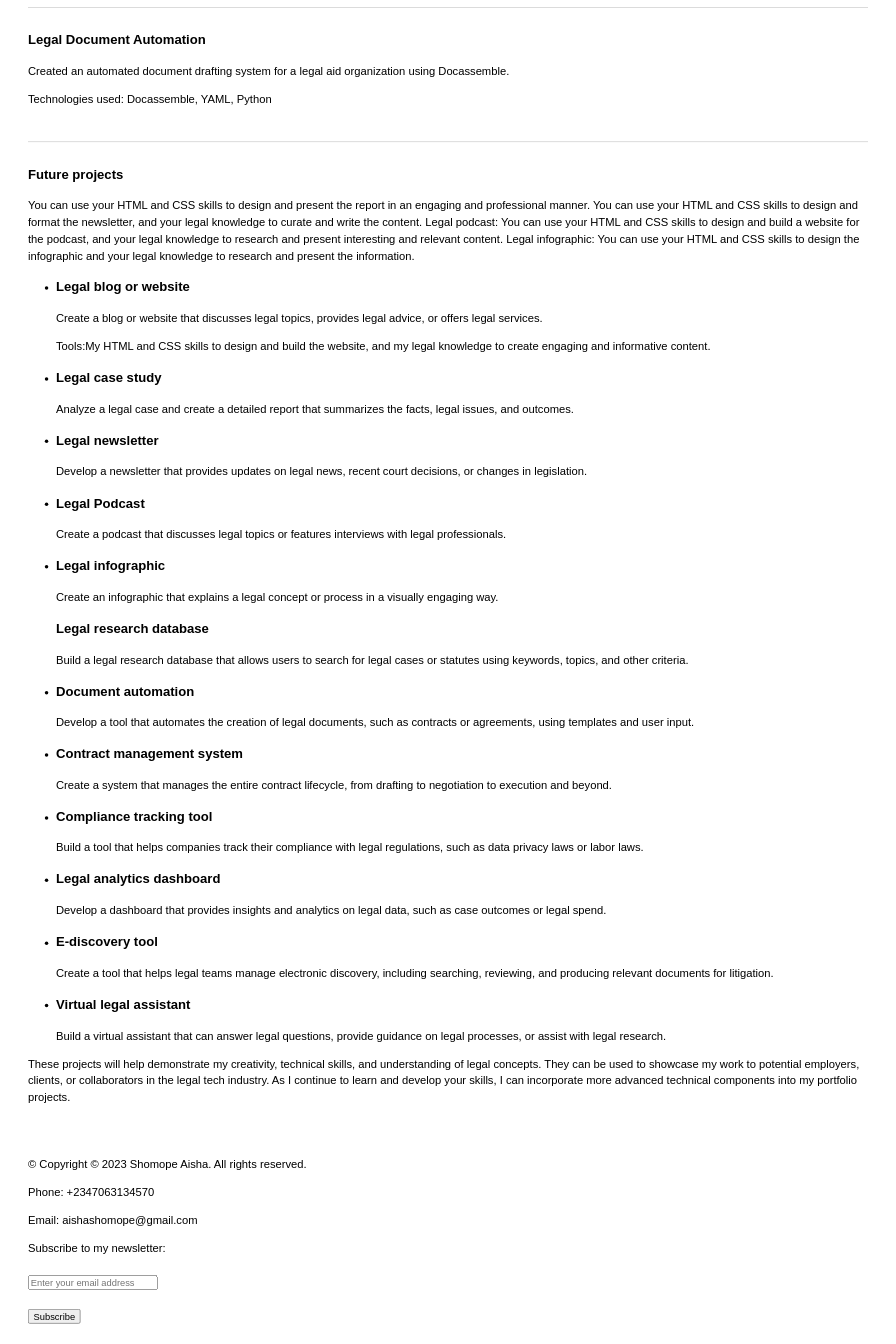
Repository: Iyewande/AishasPortfolio
Page: Index.html
The author's editor kept a copy of each file at every save. The page is drawn from the files as they stood at one save, then again after the next save.
The browser window is 1280 px wide. The pictures show the part of the page from y = 1710 to 3630 px (the page is 3630 px tall before and 3515 px after), at 70% of full size.
Some web libraries are served in a nearby version.

Above is the page before, as saved 2023-04-30 22:25:24.

### Index.html
<!DOCTYPE html>
<html lang="en">
    <head>
        <meta charset="UTF-8">
        <meta http-equiv="X-UA-Compatible" content="IE=edge">
        <meta name="viewport" content="width=device-width, initial-scale=1.0">
        <title>My Legal Tech Portfolio</title>
        <link rel="stylesheet" href="Style.css">
    </head>
    <body>
        <!-- This HTML code creates a simple portfolio website with three main sections: About Me, My Projects, and My Skills.
            The navigation menu allows visitors to easily navigate between the sections of the website. The CSS styling for
            this website is located in a separate style.css file. -->
        <header>
            <h1> Aisha Shomope's Legal Tech Portfolio </h1>
            <nav>
                <ul>
                    <li><a href="#about">About Me</a></li>
                    <li><a href="#skills">My Skills</a></li>
                    <li><a href="#projects">My Projects</a></li>
                    <li><a href="https://www.linkedin.com/in/shomope-aisha-ayobola/">LinkedIn</a></li>
                    <li><a href="https://twitter.com/ShomopeAisha">Twitter</a></li>
                  </ul>
            </nav>
        </header>
        <main>
            <section id="about">
                <div class="main-container"></div>
                <img src="E17CF07F-F5B1-4C94-9C3E-8D25C5FEC29B.jpg" alt="A picture of me" height="500" width="500">
                <h2>About Me</h2>
                <p>Hi there! I'm a legal tech newbie with a passion for using technology to improve legal processes. I'm excited to
                    showcase my work and skills on this portfolio website. But before that, let me give you a little background story about myself.</p>
                <article>
                    As a recent graduate of the University of Ilorin with a bachelor's degree in Common and Islamic law (combined law), I found myself drawn to the world of legal technology. I was fascinated by the potential of technology to solve problems in the legal profession, and I knew that this was where I wanted to focus my career.
                    However, I quickly realized that my knowledge of law alone was not enough to make an impact in legal tech. I needed to learn new skills, particularly in programming languages, in order to truly make a difference. I embarked on a self-study journey to learn programming languages, but I soon found that it was not enough. I needed a structured learning environment, with guidance and mentorship, to truly make progress.
                    That's when I discovered the TIIDELab Prefellowship 3.0 program. The program offered a comprehensive curriculum in tech, with a focus on legal tech, and provided the structure and guidance I needed to succeed. I knew that this was the perfect opportunity for me to transition into tech and achieve my goal of solving problems in the legal profession.
                    I joined the program with a sense of excitement and determination, eager to learn as much as I could. Over the course of the program, I successfully learned HTML and CSS, and I am now looking forward to diving into JavaScript. This milestone is a major achievement for me, and it has given me the confidence to pursue even more ambitious goals in the future.
                    I am thrilled to see what other things I get to accomplish in the future, thanks to the knowledge and skills I have gained through the TIIDELab Prefellowship 3.0 program. With a strong foundation in both law and tech, I am confident that I can make a meaningful impact in the legal tech industry and help drive innovation and progress in the years to come</article>
                <p>When I'm not tinkering with legal tech, I enjoy spending time with loved ones, reading, board games and trying new recipes.</p>
              </section>
              <section id="skills">
                <div class="main-container"></div>
                <h2>My Skills</h2>
                <ul>
                    <li>Legal knowledge</li>
                    <li>Technical Skills</li>
                    <li>Project Management</li>
                    <li>Problem-Solving</li>
                    <li>Communication</li>
                    <li>Continuous learning</li>
                    <li>Attention to detail</li>
                    <li>HTML</li>
                    <li>CSS</li>
                    <li>JavaScript</li>
                    <li>Python</li>
                </ul>
              </section>
              <section id="projects">
                <div class="main-container"></div>
                <h2>My Projects</h2>
                <ul>
                  <li>
                    <h3>Contract Management System</h3>
                    <p>Developed a custom contract management system for a law firm using Python and Django.</p>
                    <p>Technologies used: Python, Django, PostgreSQL</p>
                  </li>
                  <li>
                    <h3>Legal Document Automation</h3>
                    <p>Created an automated document drafting system for a legal aid organization using Docassemble.</p>
                    <p>Technologies used: Docassemble, YAML, Python</p>
                  </li>
                </ul>
              </section>
              <section>
                <h3>Future projects</h3>
                <!-- As a complete legal tech newbie with only legal knowledge, HTML, and CSS skills, you can still build a portfolio
                       that showcases your abilities and potential. Here are some project ideas: -->

 You can use your HTML and CSS skills to design and present the report in an engaging and professional manner.
 You can use your HTML and CSS skills to design and format the newsletter, and your legal knowledge to curate and write the content.
Legal podcast:  You can use your HTML and CSS skills to design and build a website for the podcast, and your legal knowledge to research and present interesting and relevant content.
Legal infographic:  You can use your HTML and CSS skills to design the infographic and your legal knowledge to research and present the information.

                <ul>
                    <li>
                        <h3>Legal blog or website</h3>
                        <p>Create a blog or website that discusses legal topics, provides legal advice, or offers legal services.</p>
                        <p>Tools:My HTML and CSS skills to design and build the website, and my legal knowledge to create
                            engaging and informative content.</p>
                    </li>
                    <li>
                        <h3>Legal case study</h3>
                        <p> Analyze a legal case and create a detailed report that summarizes the facts, legal issues, and outcomes.</p>
                    </li>
                    <li>
                        <h3>Legal newsletter</h3>
                        <p>Develop a newsletter that provides updates on legal news, recent court decisions, or changes in legislation.</p>
                    </li>
                    <li>
                        <h3>Legal Podcast </h3>
                        <p>Create a podcast that discusses legal topics or features interviews with legal professionals.</p>
                    </li>
                    <li>
                        <h3>Legal infographic</h3>
                        <p>Create an infographic that explains a legal concept or process in a visually engaging way.</p>
                    </li>
                    <h3>Legal research database</h3>
                    <p>Build a legal research database that allows users to search for legal cases or statutes using keywords, topics, and other criteria.</p>
                    </li>
                    <li>
                        <h3>Document automation</h3>
                        <p>Develop a tool that automates the creation of legal documents, such as contracts or agreements, using templates and user input.</p>
                    </li>
                    <li>
                        <h3>Contract management system</h3>
                        <p>Create a system that manages the entire contract lifecycle, from drafting to negotiation to execution and beyond.</p>
                    </li>
                    <li>
                        <h3>Compliance tracking tool</h3>
                        <p>Build a tool that helps companies track their compliance with legal regulations, such as data privacy laws or labor laws.</p>
                    </li>
                    <li>
                        <h3>Legal analytics dashboard</h3>
                        <p>Develop a dashboard that provides insights and analytics on legal data, such as case outcomes or legal spend.</p>
                    </li>
                    <li>
                        <h3>E-discovery tool</h3>
                        <p>Create a tool that helps legal teams manage electronic discovery, including searching, reviewing, and producing relevant documents for litigation.</p>
                    </li>
                    <li>
                        <h3>Virtual legal assistant</h3>
                        <p>Build a virtual assistant that can answer legal questions, provide guidance on legal processes, or assist with legal research.</p>
                    </li>
                </ul>
              </section>
              <p>These projects will help demonstrate my creativity, technical skills, and understanding of legal concepts.
                They can be used to showcase my work to potential employers, clients, or collaborators in the legal tech industry.
                As I continue to learn and develop your skills, I can incorporate more advanced technical components into my
                portfolio projects.</p>

        </main>
        <!-- footer: contains content that appears at the bottom of the page, such as copyright information. -->
        <footer>
            <div class="footer-container">
                <p>&copy; Copyright © 2023 Shomope Aisha. All rights reserved.</p>
                <div class="contact">
                    <p>Phone: +2347063134570</p>
                    <p>Email: aishashomope@gmail.com</p>
                </div>
                <form action="#" method="post">
                    <label for="subscribe">Subscribe to my newsletter:</label>
                    <br><br>
                    <input type="email" id="subscribe" name="subscribe" placeholder="Enter your email address">
                    <br><br>
                    <button type="submit">Subscribe</button>
                </form>
            </div>
        </footer>
    </body>
</html>

### Style.css
/* Global styles */
/* This CSS file defines styles for the entire website, as well as specific styles for the different sections of the website.
For example, the header element has a dark background color and white text color, while the #skills section uses a grid layout
to display a list of skills. These styles are used to enhance the design and usability of the website.*/

/* body {
    font-family: Arial, sans-serif;
    font-size: 16px;
    line-height: 1.5;
    margin: 0;
    padding: 0;
  }

  h1, h2, h3 {
    font-family: 'Montserrat', sans-serif;
  }

  header {
    background-color: #333;
    color: #fff;
    display: flex;
    justify-content: space-between;
    padding: 1em;
  }

  nav ul {
    display: flex;
    list-style: none;
    margin: 0;
    padding: 0;
  }

  nav ul li {
    margin-right: 1em;
  }

  nav ul li a {
    color: #fff;
    text-decoration: none;
  }

  nav ul li a:hover {
    text-decoration: underline;
  }

  section {
    margin: 2em 0;
  }

  /* Specific styles */

  #about {
    background-color: rgb(243, 235, 243);
    padding: 2em;
  }

  #about p {
    margin-bottom: 1em;
  }

  #projects ul {
    list-style: none;
    margin: 0;
    padding: 0;
  }

  #projects li {
    border-bottom: 1px solid #ccc;
    margin-bottom: 2em;
    padding-bottom: 2em;
  }

  #projects h3 {
    margin-top: 0;
  }

  #projects p {
    margin-bottom: 1em;
  }

  #skills ul {
    display: grid;
    grid-template-columns: repeat(auto-fit, minmax(120px, 1fr));
    grid-gap: 1em;
  }

  #skills li {
    background-color: #f7f7f7;
    border: 1px solid #ccc;
    border-radius: 4px;
    padding: 1em;
    text-align: center;
  }
   */
  /* Global Styles */
* {
    box-sizing: border-box;
    margin: 0;
    padding: 0;
}

body {
    font-family: Arial, sans-serif;
    font-size: 16px;
    line-height: 1.5;
}

header, main, footer {
    max-width: 1200px;
    margin: 0 auto;
    padding: 20px;
}

/* Header Styles */
header {
    background-color: rgb(34, 4, 63);
    color: #fff;
}

.header-container {
    display: flex;
    justify-content: space-between;
    align-items: center;
}

nav ul {
    display: flex;
    list-style: none;
}

nav ul li {
    margin: 0 10px;
}

nav ul li a {
    color: #fff;
    text-decoration: none;
}

nav ul li a:hover {
    text-decoration: underline;
}

After the next save:
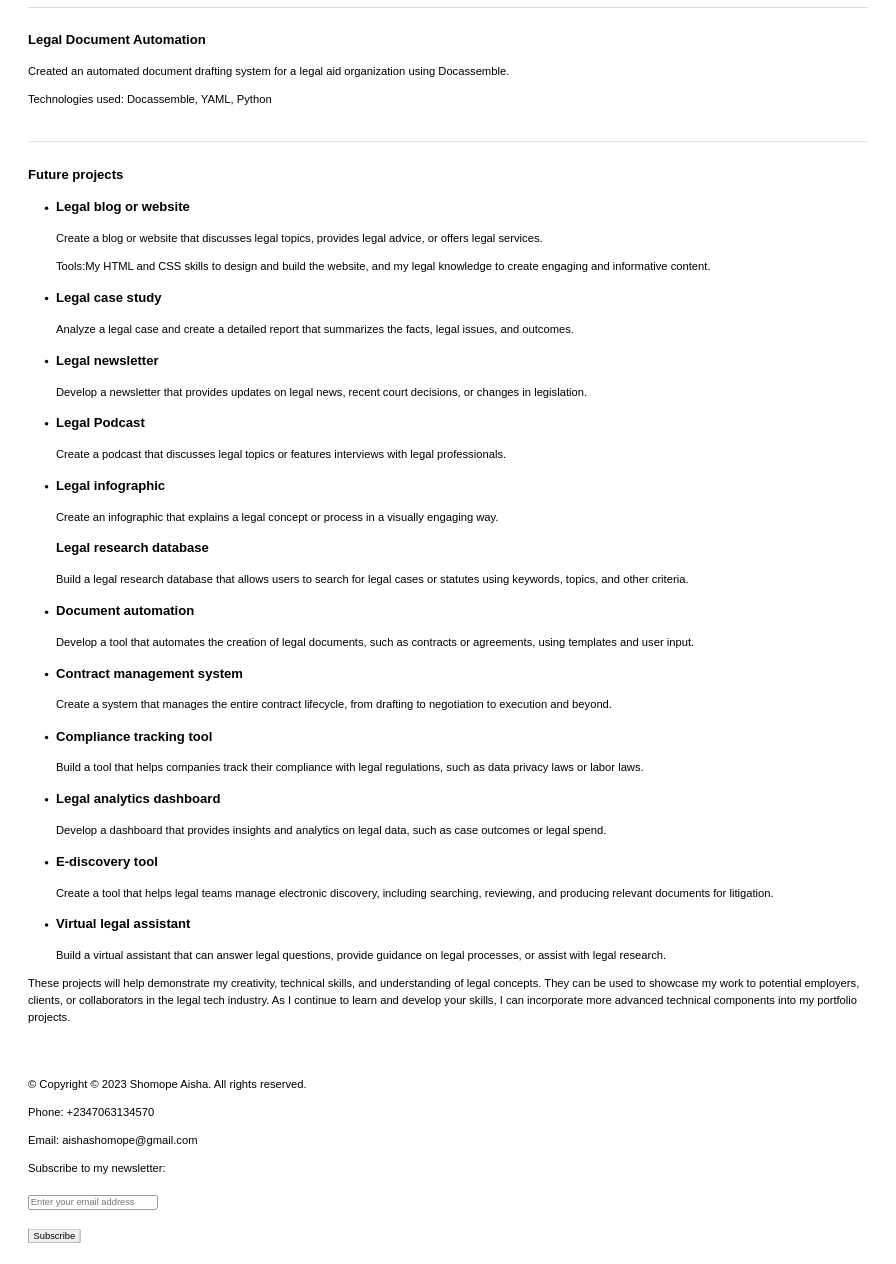
Saved 22 min 58 s later.
--- a/Index.html
+++ b/Index.html
@@ -6,6 +6,7 @@
         <meta name="viewport" content="width=device-width, initial-scale=1.0">
         <title>My Legal Tech Portfolio</title>
         <link rel="stylesheet" href="Style.css">
+        <script src="https://kit.fontawesome.com/dcc74d8766.js" crossorigin="anonymous"></script>
     </head>
     <body>
         <!-- This HTML code creates a simple portfolio website with three main sections: About Me, My Projects, and My Skills.
@@ -75,11 +76,6 @@
                 <h3>Future projects</h3>
                 <!-- As a complete legal tech newbie with only legal knowledge, HTML, and CSS skills, you can still build a portfolio
                        that showcases your abilities and potential. Here are some project ideas: -->
-
- You can use your HTML and CSS skills to design and present the report in an engaging and professional manner.
- You can use your HTML and CSS skills to design and format the newsletter, and your legal knowledge to curate and write the content.
-Legal podcast:  You can use your HTML and CSS skills to design and build a website for the podcast, and your legal knowledge to research and present interesting and relevant content.
-Legal infographic:  You can use your HTML and CSS skills to design the infographic and your legal knowledge to research and present the information.
 
                 <ul>
                     <li>
